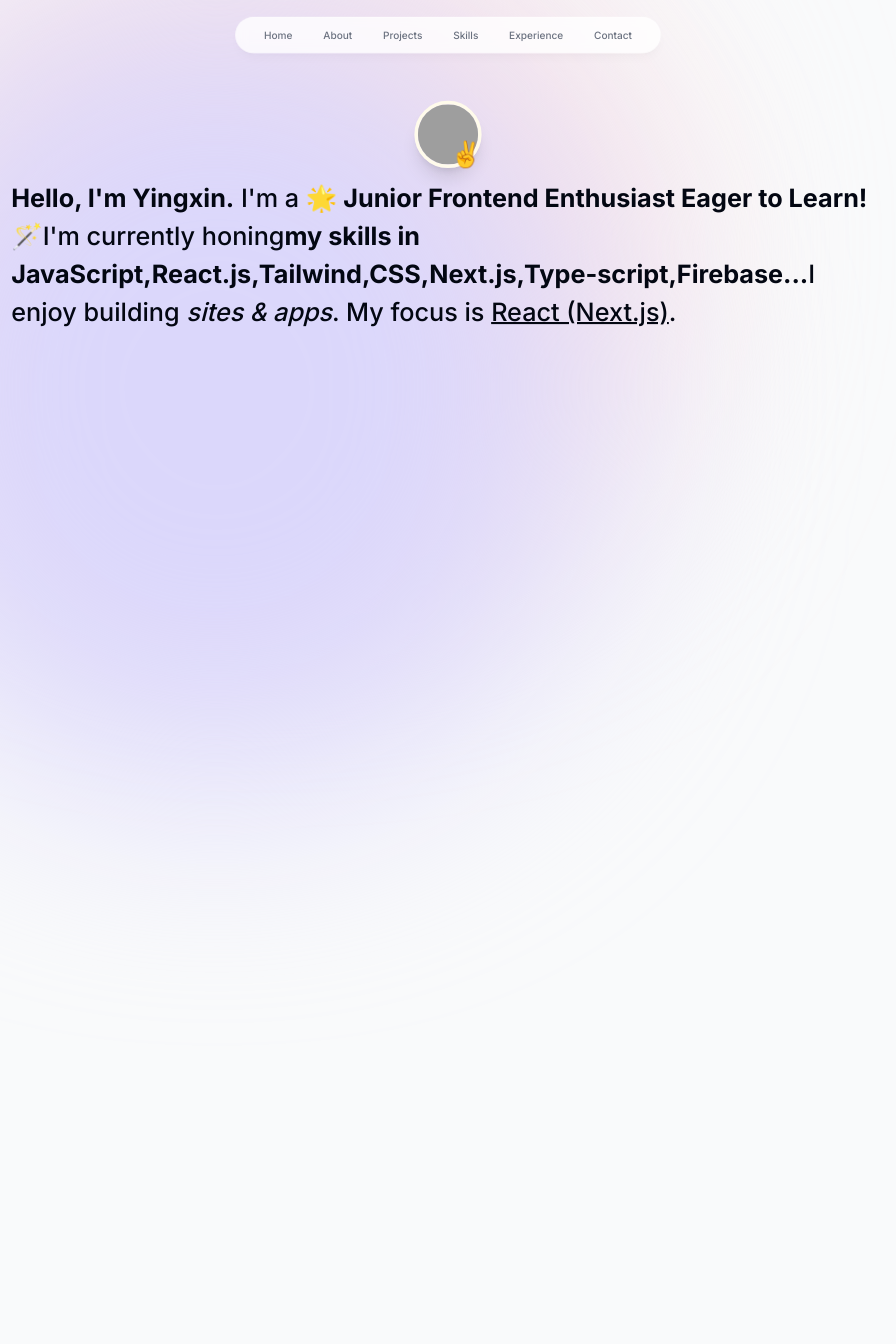
Repository: Tracy-maker/portfolio_website
Page: /
These files come from the project's save history. The page is drawn as it stood at one moment and after a run of saves; the edit follows.
The browser window is 1280 px wide. The pictures show the part of the page from y = 0 to 1920 px (the page is 5000 px tall), at 70% of full size.
Pictures or frames that could not be fetched are drawn as grey boxes. The project was rebuilt for these pictures with package versions that can differ from the ones it lists, and the page was loaded fresh each time. The framework's server and built-in components were replaced by stand-ins that run in the browser. Also part of the build but not shown: next.config.js.

Above is the page before, as saved 2023-10-02 17:50:33.

### app/layout.tsx
import Header from "@/components/header";
import "./globals.css";
import type { Metadata } from "next";
import { Inter } from "next/font/google";

const inter = Inter({ subsets: ["latin"] });

export const metadata: Metadata = {
  title: "Yingxin_Zhang | Portfolio",
  description: "Yingxin_Zhang is a front-end developer",
};

export default function RootLayout({
  children,
}: {
  children: React.ReactNode;
}) {
  return (
    <html lang="en">
      <body
        className={`${inter.className} bg-gray-50 text-gray-950 relative h-[5000px] pt-28 sm:pt-36`}
      >
        <div className="bg-[#fbe2e3] absolute top-[-6rem] -z-10 right-[21rem] h-[56.25rem] w-[31.25rem] rounded-full blur-[10rem] sm:w-[68.75rem]"></div>
        <div className="bg-[#dbd7fb] absolute top-[-1rem] -z-10 left-[-45rem] h-[71.25rem] w-[-30rem] rounded-full blur-[10rem] sm:w-[68.75rem] md:left-[-33rem] lg:left-[-28rem] xl:left-[-15rem] 2xl:left-[-5rem]"></div>
        <Header />
        {children}
      </body>
    </html>
  );
}

### app/page.tsx
import Intro from "@/components/intro";
import Image from "next/image";

export default function Home() {
  return (
    <main className="">
      <Intro />
    </main>
  );
}

### components/header.tsx
"use client";
import { motion } from "framer-motion";
import { links } from "@/lib/data";
import Link from "next/link";

export default function Header() {
  return (
    <header className="z-[999] relative">
      <motion.div
        className="fixed top-0 left-1/2 h-[4.5rem] w-full
        rounded-none border border-white border-opacity-40
        bg-white bg-opacity-80 shadow-lg shadow-black/[0.03]
        backdrop-blur-[0.5rem] sm:top-6 sm:h-[3.25rem] sm:w-[38rem] sm:rounded-full"
        initial={{ y: -100, x: "-50%", opacity: 0 }}
        animate={{ y: 0, x: "-50%", opacity: 1 }}
      ></motion.div>

      <nav className="flex fixed top-[0.15rem] left-1/2 h-12 -translate-x-1/2 py-2 sm:top-[1.7rem] sm:h-[initial] sm:py-0">
        <ul className="flex w-[22rem] flex-wrap items-center justify-center gap-y-1 text-[0.9rem] font-medium text-gray-500 sm:w-[initial] sm:flex-nowrap sm:gap-5">
          {links.map((link) => (
            <motion.li
              className="h-3/4 flex items-center justify-center relative"
              key={link.hash}
              initial={{ y: -100, opacity: 0 }}
              animate={{ y: 0, opacity: 1 }}
            >
              <Link
                className="flex w-full items-center justify-center px-3 py-3 hover:text-gray-950 transition"
                href={link.hash}
              >
                {link.name}
              </Link>
            </motion.li>
          ))}
        </ul>
      </nav>
    </header>
  );
}

### components/intro.tsx
"use client";

import Image from "next/image";
import React from "react";
import { motion } from "framer-motion";

export default function Intro() {
  return (
    <section>
      <div className="flex items-center justify-center">
        <div className="relative">
          <motion.div
            initial={{ opacity: 0, scale: 0 }}
            animate={{ opacity: 1, scale: 1 }}
            transition={{
              type: "tween",
              duration: 0.2,
            }}
          >
            <Image
              src="https://i.ibb.co/MRHHtS5/Wechat-IMG7.jpg"
              alt="Personal image"
              width="192"
              height="192"
              quality="98"
              priority={true}
              className="h-24 w-24 rounded-full object-cover border-[0.35rem] border-amber-50 shadow-xl"
            />
          </motion.div>

          <motion.span
            className="absolute bottom-0 right-0 text-4xl"
            initial={{ opacity: 0, scale: 0 }}
            animate={{ opacity: 1, scale: 1 }}
            transition={{
              type: "spring",
              stiffness: 125,
              delay: 0.1,
              duration: 0.7,
            }}
          >
            ✌️
          </motion.span>
        </div>
      </div>
      <motion.h1
        className="mb-10 mt-4 px-4 text-2xl font-medium !leading-[1.5] sm:text-4xl"
        initial={{ opacity: 0, y: 100 }}
        animate={{ opacity: 1, y: 0 }}
      >
        <span className="font-bold">Hello, I'm Yingxin.</span> I'm a{" "}
        <span className="font-bold">
          🌟 Junior Frontend Enthusiast Eager to Learn! 🪄
        </span>
        I'm currently honing
        <span className="font-bold">
          my skills in
          JavaScript,React.js,Tailwind,CSS,Next.js,Type-script,Firebase...
        </span>
        I enjoy building <span className="italic">sites & apps</span>. My focus
        is <span className="underline">React (Next.js)</span>.
      </motion.h1>
    </section>
  );
}

### lib/data.ts
import React from "react";
import { CgWorkAlt } from "react-icons/cg";
import { FaReact } from "react-icons/fa";
import { LuGraduationCap } from "react-icons/lu";
import p1Img from "@/public/p1.png";
import p2Img from "@/public/p2.png";
import p3Img from "@/public/p3.png";

export const links = [
  {
    name: "Home",
    hash: "#home",
  },
  {
    name: "About",
    hash: "#about",
  },
  {
    name: "Projects",
    hash: "#projects",
  },
  {
    name: "Skills",
    hash: "#skills",
  },
  {
    name: "Experience",
    hash: "#experience",
  },
  {
    name: "Contact",
    hash: "#contact",
  },
] as const;

export const experiencesData = [
  {
    title: "Graduated bootcamp",
    location: "Miami, FL",
    description:
      "I graduated after 6 months of studying. I immediately found a job as a front-end developer.",
    icon: React.createElement(LuGraduationCap),
    date: "2019",
  },
  {
    title: "Front-End Developer",
    location: "Orlando, FL",
    description:
      "I worked as a front-end developer for 2 years in 1 job and 1 year in another job. I also upskilled to the full stack.",
    icon: React.createElement(CgWorkAlt),
    date: "2019 - 2021",
  },
  {
    title: "Full-Stack Developer",
    location: "Houston, TX",
    description:
      "I'm now a full-stack developer working as a freelancer. My stack includes React, Next.js, TypeScript, Tailwind, Prisma and MongoDB. I'm open to full-time opportunities.",
    icon: React.createElement(FaReact),
    date: "2021 - present",
  },
] as const;

export const projectsData = [
  {
    title: "CorpComment",
    description:
      "I worked as a full-stack developer on this startup project for 2 years. Users can give public feedback to companies.",
    tags: ["React", "Next.js", "MongoDB", "Tailwind", "Prisma"],
    imageUrl: p1Img,
  },
  {
    title: "rmtDev",
    description:
      "Job board for remote developer jobs. I was the front-end developer. It has features like filtering, sorting and pagination.",
    tags: ["React", "TypeScript", "Next.js", "Tailwind", "Redux"],
    imageUrl: p2Img,
  },
  {
    title: "Word Analytics",
    description:
      "A public web app for quick analytics on text. It shows word count, character count and social media post limits.",
    tags: ["React", "Next.js", "SQL", "Tailwind", "Framer"],
    imageUrl: p3Img,
  },
] as const;

export const skillsData = [
  "HTML",
  "CSS",
  "JavaScript",
  "TypeScript",
  "React",
  "Next.js",
  "Git",
  "MUI-material",
  "Tailwind",
  "REST-API",
  "PostgreSQL",
  "Framer Motion",
] as const;

Loaded but not shown: app/globals.css (common file); tailwind.config.ts (common file)

After the next 2 saves:
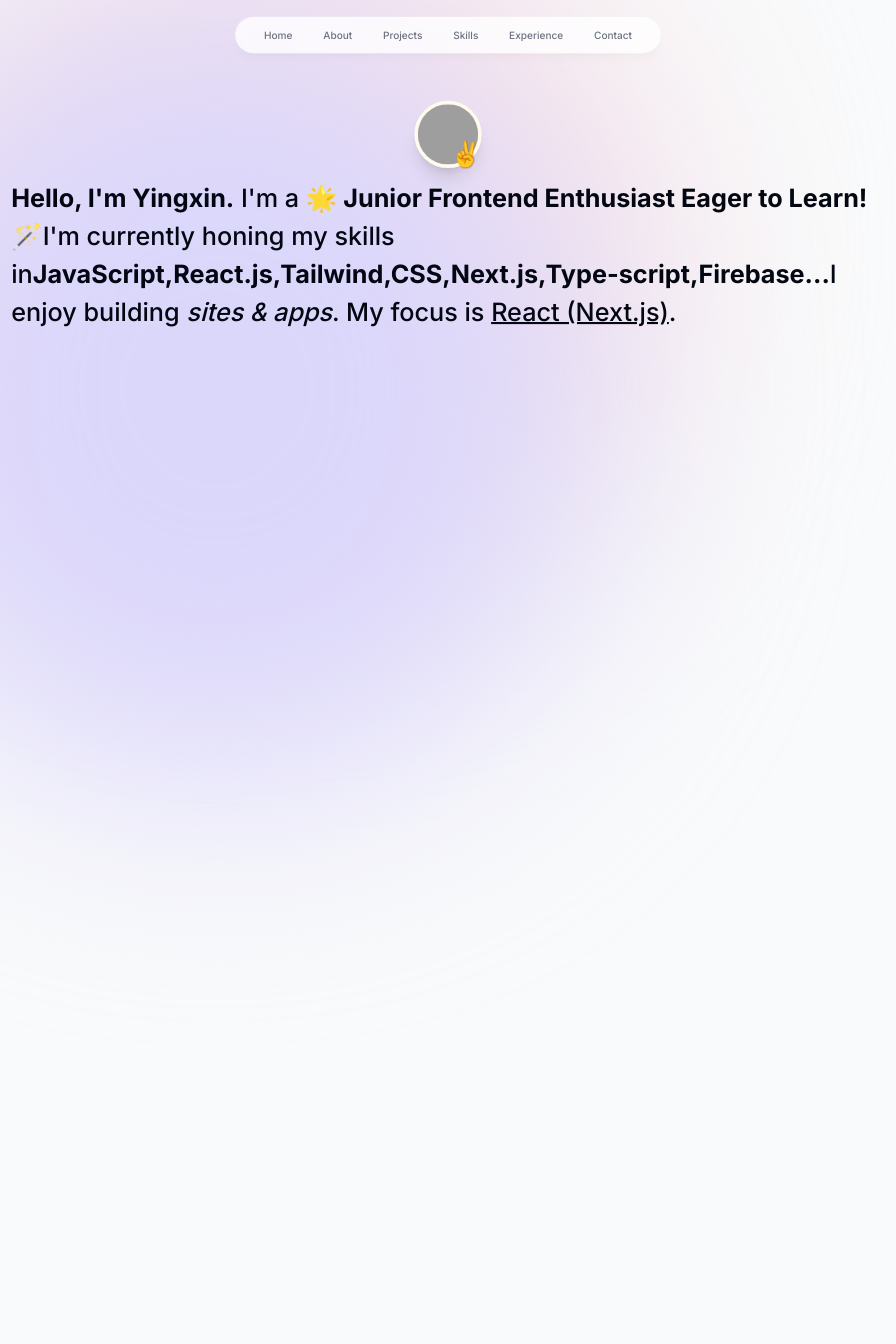
The 2 saves are shown as one change because they came seconds apart.
The last was saved 56 s later.
--- a/components/intro.tsx
+++ b/components/intro.tsx
@@ -52,9 +52,8 @@ export default function Intro() {
         <span className="font-bold">
           🌟 Junior Frontend Enthusiast Eager to Learn! 🪄
         </span>
-        I'm currently honing
+        I'm currently honing my skills in
         <span className="font-bold">
-          my skills in
           JavaScript,React.js,Tailwind,CSS,Next.js,Type-script,Firebase...
         </span>
         I enjoy building <span className="italic">sites & apps</span>. My focus
